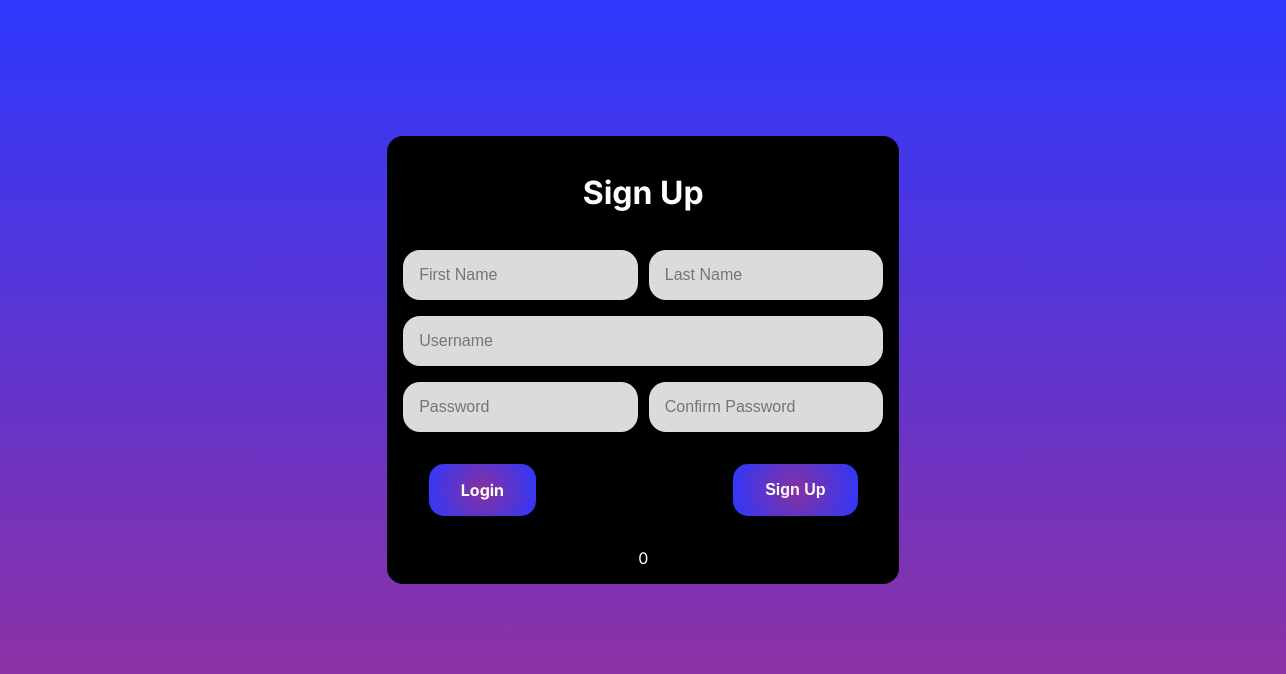
Repository: Hardyy00/Social-Media-Web-App
Page: / (app in frontend/)
An editor plug-in stored every save of this project. The page is shown before and after the next save, followed by the edit.
The browser window is 1280 px wide. The page is 1286 px wide, so the pictures cover 1286 px, including what lies to the right of the window. The pictures show the whole page.
The project was rebuilt for these pictures with package versions that can differ from the ones it lists, and the page was loaded fresh each time. Also part of the build but not shown: frontend/vite.config.js.

Above is the page before, as saved 2024-01-18 15:05:06.

After the next save:
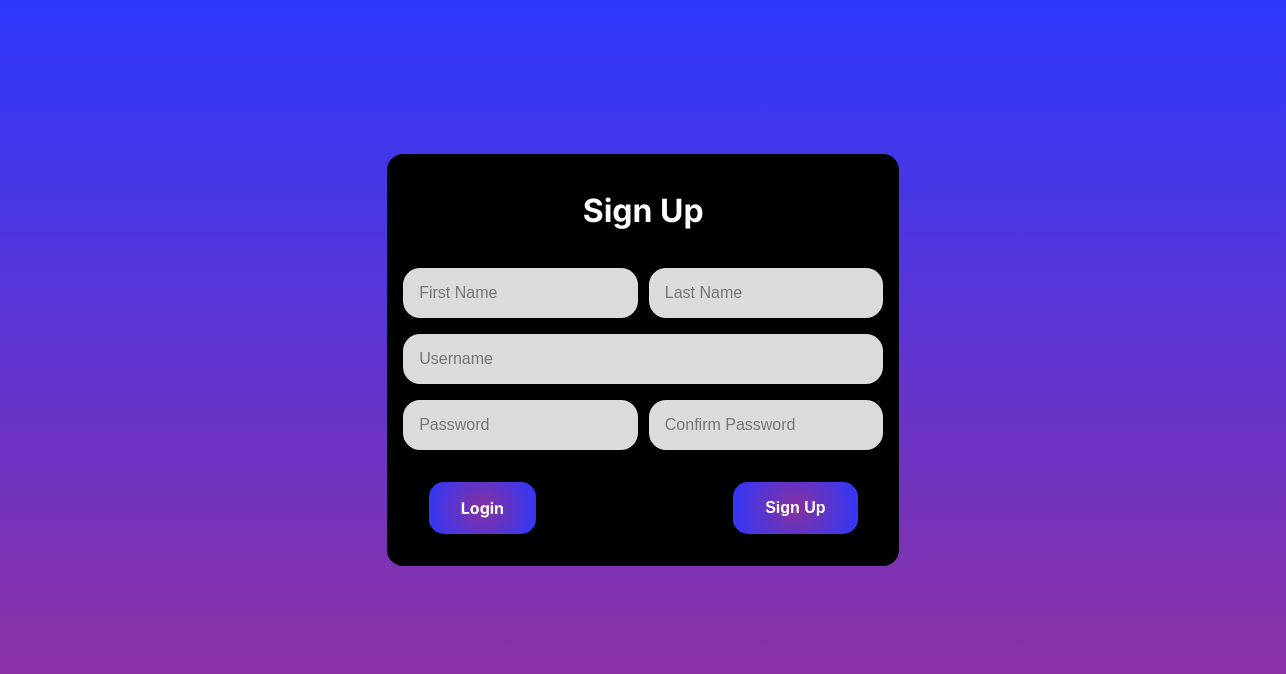
Saved 61 s later.
--- a/frontend/src/Pages/auth/Auth.jsx
+++ b/frontend/src/Pages/auth/Auth.jsx
@@ -17,7 +17,7 @@ export default function Auth() {
   return (
     <div className="auth_page">
       <h1>{isSignUp ? "Sign Up" : "Login"}</h1>
-      <form onSubmit={(event) => formSubmitHandler(event)}>
+      <form onSubmit={formSubmitHandler}>
         {isSignUp && (
           <>
             <div className="row">
@@ -58,8 +58,6 @@ export default function Auth() {
           <button className="auth_btn">{isSignUp ? "Sign Up" : "Login"}</button>
         </div>
       </form>
-
-      <div style={{ color: "white" }}> {val}</div>
     </div>
   );
 }
